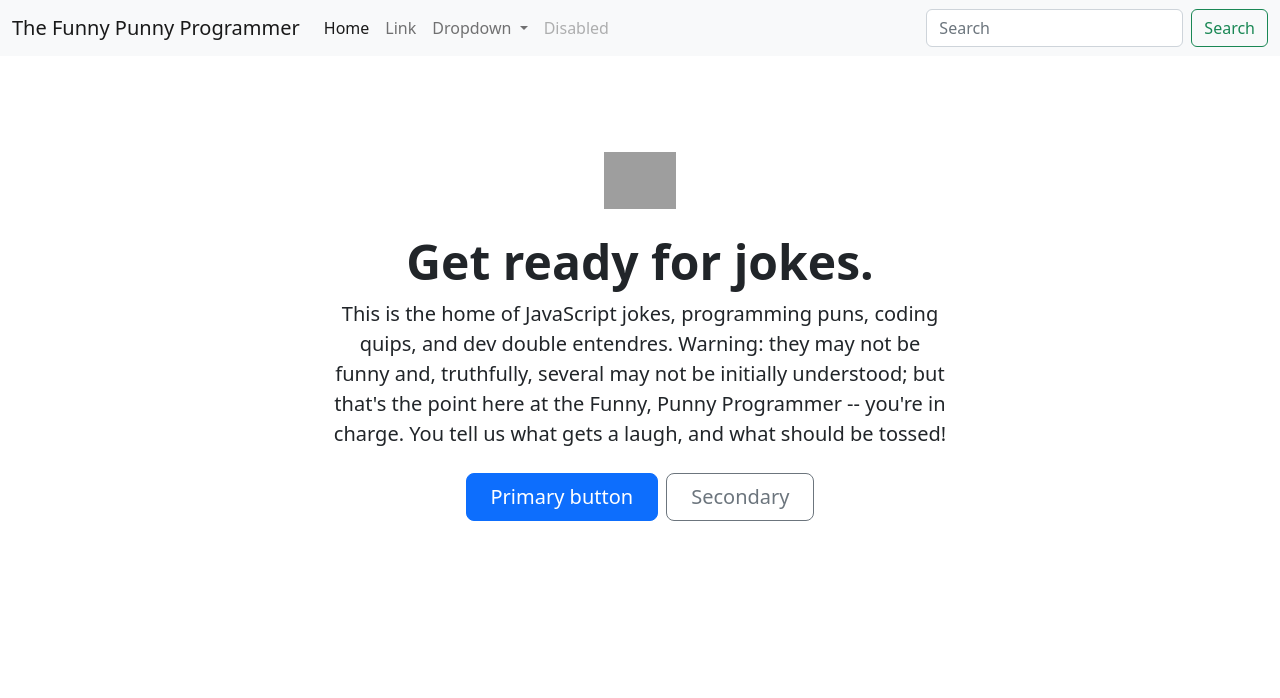
Repository: annferracane/phase-1-personal-project
Page: index.html
These files come from the project's save history. The page is drawn as it stood at one moment and after the next save; the edit follows.
The browser window is 1280 px wide. The pictures show the whole page.
Pictures or frames that could not be fetched are drawn as grey boxes. The page's requests for data from a server got no answer.

Above is the page before, as saved 2022-12-07 13:24:35.

After the next save:
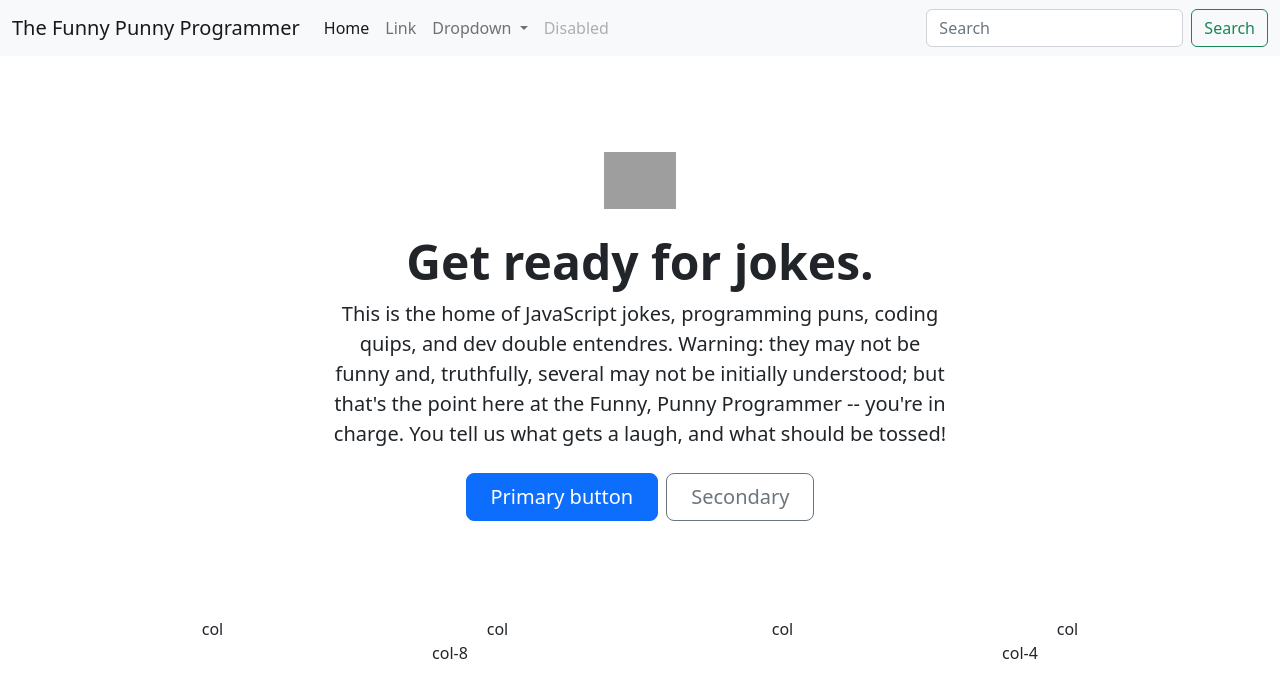
Saved 57 s later.
--- a/index.html
+++ b/index.html
@@ -57,5 +57,17 @@
                 </div>
             </div>
         </div>
+        <div class="container text-center">
+            <div class="row">
+              <div class="col">col</div>
+              <div class="col">col</div>
+              <div class="col">col</div>
+              <div class="col">col</div>
+            </div>
+            <div class="row">
+              <div class="col-8">col-8</div>
+              <div class="col-4">col-4</div>
+            </div>
+          </div>
     </body>
 </html>
